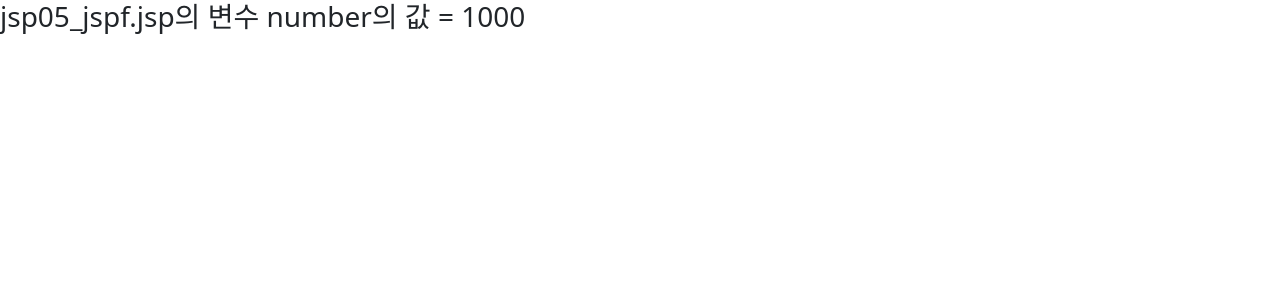
Repository: yeobleeme/06_jsp_basic
Page: http://localhost/jsp01_basic/jsp06_action/jsp05_jspf.jsp
These files come from the project's save history. The page is drawn as it stood at one moment and after the next save; the edit follows.
The browser window is 1280 px wide. The pictures show the whole page.
The page is served by Tomcat 9. Other server files are loaded and not shown.

Above is the page before, as saved 2023-05-11 06:26:56.

### jsp01_basic/WebContent/jsp06_action/jsp05_jspf.jsp
<%@page language="java" contentType="text/html; charset=UTF-8" pageEncoding="UTF-8"%>
<!DOCTYPE html>
<!--
	JSPF
-->
<html>
<head>
	<meta charset="UTF-8">
	<meta name="viewport" content="width=device-width, initial-scale=1, minimum-scale=1, maximum-scale=1">
  	<link href="https://cdn.jsdelivr.net/npm/bootstrap@5.2.3/dist/css/bootstrap.min.css" rel="stylesheet">
  	<script src="https://cdn.jsdelivr.net/npm/bootstrap@5.2.3/dist/js/bootstrap.bundle.min.js"></script>
	<title>Insert title here</title>
</head>
<body>
	<%! int number = 1000; %>
	<%@include file="jsp06_include.jspf" %>
	<h3>jsp05_jspf.jsp의 변수 number의 값 = <%= number %></h3>
</body>
</html>

### jsp01_basic/WebContent/jsp06_action/jsp06_include.jspf
<%@page language="java" contentType="text/html; charset=UTF-8" pageEncoding="UTF-8"%>
<%! String user_name = "홍길동"; %>

After the next save:
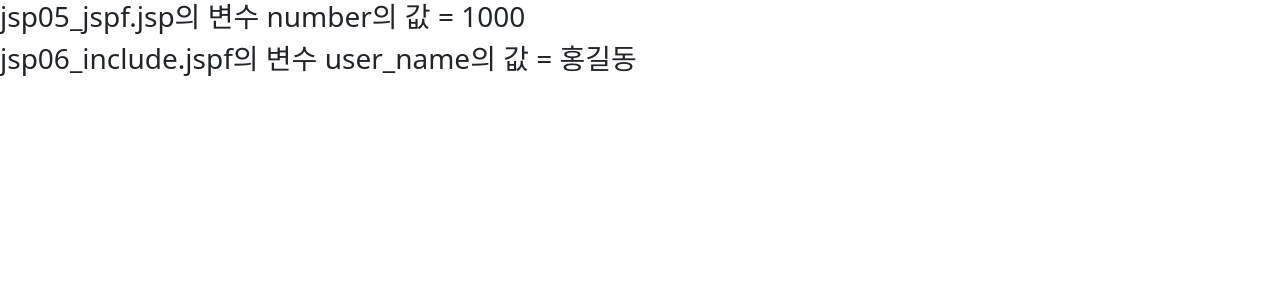
Saved 39 s later.
--- a/jsp01_basic/WebContent/jsp06_action/jsp05_jspf.jsp
+++ b/jsp01_basic/WebContent/jsp06_action/jsp05_jspf.jsp
@@ -15,5 +15,6 @@
 	<%! int number = 1000; %>
 	<%@include file="jsp06_include.jspf" %>
 	<h3>jsp05_jspf.jsp의 변수 number의 값 = <%= number %></h3>
+	<h3>jsp06_include.jspf의 변수 user_name의 값 = <%= user_name %></h3>
 </body>
 </html>
